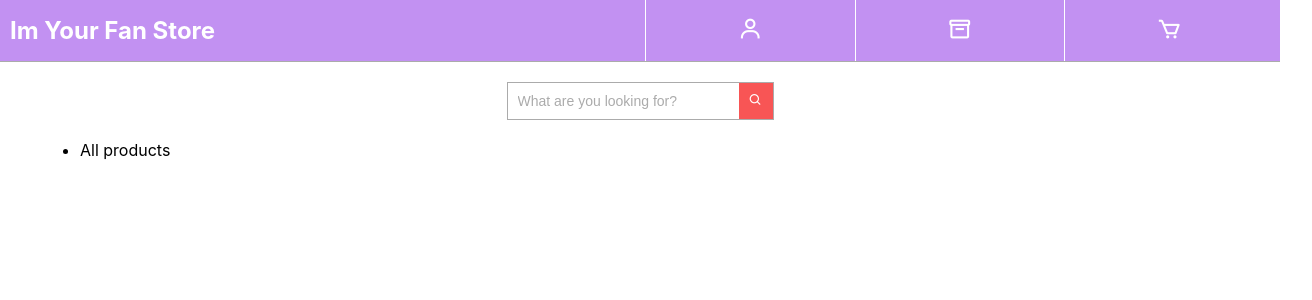
Repository: imyourfan-store/e-commerce
Page: /
An editor plug-in stored every save of this project. The page is shown before and after the next save, followed by the edit.
The browser window is 1280 px wide. The page is 1280 px wide, then 1312 px, then 1280 px, so the pictures cover 1312 px, including what lies to the right of the window. The pictures show the whole page.
The page's requests for data from a server got no answer. The project was rebuilt for these pictures with package versions that can differ from the ones it lists, and the page was loaded fresh each time. No one was signed in, and anything a server would have sent is missing. Also part of the build but not shown: vite.config.js, src/components/home/styles/ProductCard.css, src/components/home/ProductCard.jsx, src/pages/styles/Login.css, src/pages/Login.jsx, src/components/productId/styles/ProductInfo.css, src/components/productId/ProductInfo.jsx, src/components/productId/SimilarProducts.jsx and 14 more.

Above is the page before, as saved 2024-11-04 11:43:38.

### index.html
<!DOCTYPE html>
<html lang="en">
  <head>
    <meta charset="UTF-8" />
    <link rel="icon" type="image/svg+xml" href="/vite.svg" />
    <meta name="viewport" content="width=device-width, initial-scale=1.0" />
    <link
      href="https://unpkg.com/boxicons@2.1.4/css/boxicons.min.css"
      rel="stylesheet"
    />
    <title>Vite + React</title>
  </head>
  <body>
    <div id="root"></div>
    <script type="module" src="/src/main.jsx"></script>
  </body>
</html>

### src/main.jsx
import React from 'react'
import ReactDOM from 'react-dom/client'
import App from './App'
import './index.css'
import { HashRouter } from 'react-router-dom'
import { Provider } from 'react-redux'
import store from './store'

ReactDOM.createRoot(document.getElementById('root')).render(
  <React.StrictMode>
    <HashRouter>
      <Provider store={store}>
        <App />
      </Provider>
    </HashRouter>
  </React.StrictMode>,
)

### src/App.jsx
import { Route, Routes } from 'react-router-dom'
import './App.css'
import Home from './pages/Home'
import Login from './pages/Login'
import ProductId from './pages/ProductId'
import Purchases from './pages/Purchases'
import Cart from './pages/Cart'
import ProtectedRoutes from './components/app/ProtectedRoutes'
import Header from './layout/Header'

function App() {

  return (
    <div className="App">
      <Header />
      <Routes>
        <Route path='/' element={<Home />} />
        <Route path='/login' element={<Login />} />
        <Route path='/products/:id' element={<ProductId />} />

        <Route element={<ProtectedRoutes />}>
          <Route path='/purchases' element={<Purchases />} />
          <Route path='/cart' element={<Cart />} />
        </Route>
      </Routes>
    </div>
  )
}

export default App

### src/index.css
:root {
  --color-gray: #ababab;
  --color-red: #f85555;
}

/* Reset */
* {
  box-sizing: border-box;
}

body {
  margin: 0;
  font-family: 'Inter', sans-serif;
}

img {
  width: 100%;
  display: block;
}

a {
  font-family: inherit;
  text-decoration: none;
}

input {
  outline: none;
}

### src/store/index.js
import { configureStore } from '@reduxjs/toolkit'
import products from './slices/products.slice'
import userInfo from './slices/userInfo.slice'
import cart from './slices/cart.slice'

export default configureStore({
  reducer: { products, userInfo, cart },
})

### src/pages/Home.jsx
import React, { useEffect, useState } from 'react';
import { useDispatch, useSelector } from 'react-redux';
import { getAllProducts } from '../store/slices/products.slice';
import ProductCard from '../components/home/ProductCard';
import Categories from '../components/home/Categories';
import './styles/Home.css';

const Home = () => {
  const [nameProduct, setNameProduct] = useState('');
  const [filterProducts, setFilterProducts] = useState([]);
  const [category, setCategory] = useState('');

  const products = useSelector((state) => state.products);

  const dispatch = useDispatch();

  const handleSubmit = (e) => {
    e.preventDefault();
    const newName = e.target.nameProduct.value;
    setNameProduct(newName);
  };

  useEffect(() => {
    dispatch(getAllProducts());
  }, []);

  useEffect(() => {
    setFilterProducts(products);
  }, [products]);

  useEffect(() => {
    const newProducts = products.filter(
      (product) =>
        product.name.toLowerCase().includes(nameProduct.toLowerCase()) &&
        (product.Categories[0].id === category || !category)
    );
    setFilterProducts(newProducts);
  }, [nameProduct, category]);

  return (
    <main className="home">
      <form className="home__form" onSubmit={handleSubmit}>
        <div className="home__form-div">
          <input className="home__form-input" type="text" id="nameProduct" placeholder="What are you looking for?" />
          <button className="home__form-btn">
            <i className="bx bx-search"></i>
          </button>
        </div>
      </form>
      <Categories setCategory={setCategory} />
      <section className="home__container">
        {filterProducts.map((product) => (
          <ProductCard key={product.id} product={product} />
        ))}
      </section>
    </main>
  );
};

export default Home;

### src/layout/Header.jsx
import React from 'react'
import { NavLink } from 'react-router-dom'
import './styles/Header.css'

const Header = () => {
  return (
    <header className='header'>
      <NavLink className='header__page-name' to='/'><h1>Im Your Fan Store</h1></NavLink>
      <ul className='header__navbar'>
        <li className='header__link'><NavLink to='/login'><i className='bx bx-user'></i></NavLink></li>
        <li className='header__link'><NavLink to='/purchases'><i className='bx bx-box'></i></NavLink></li>
        <li className='header__link'><NavLink to='/cart'><i className='bx bx-cart'></i></NavLink></li>
      </ul>
    </header>
  )
}

export default Header

### src/store/slices/products.slice.js
import { createSlice } from '@reduxjs/toolkit';
import axios from 'axios';

const productsSlice = createSlice({
  name: 'products',
  initialState: [],
  reducers: {
    setProductsGlobal: (state, action) => action.payload,
  },
});

export const { setProductsGlobal } = productsSlice.actions;

export default productsSlice.reducer;

export const getAllProducts = () => (dispatch) => {
  const URL = 'http://localhost:8000/api/products';
  axios
    .get(URL)
    .then((res) => {
      dispatch(setProductsGlobal(res.data.products));
    })
    .catch((err) => {
      console.log(err);
    });
};

### src/store/slices/userInfo.slice.js
import { createSlice } from '@reduxjs/toolkit';
import axios from 'axios';

const defaultValues = {
  token: '',
  user: {},
};

const userInfoSlice = createSlice({
  name: 'userInfo',
  initialState: JSON.parse(localStorage.getItem('userInfo')) ?? defaultValues,
  reducers: {
    setUserInfoGlobal: (state, action) => action.payload,
  },
});

export const { setUserInfoGlobal } = userInfoSlice.actions;

export default userInfoSlice.reducer;

export const loginUserThunk = (data) => (dispatch) => {
  const URL = 'http://localhost:8000/api/auth/login';
  axios
    .post(URL, data)
    .then((res) => {
      dispatch(setUserInfoGlobal(res.data));
      localStorage.setItem('userInfo', JSON.stringify(res.data));
    })
    .catch((err) => {
      console.log(err);
    });
};

export const logOutUserThunk = () => (dispatch) => {
  localStorage.removeItem('userInfo');
  dispatch(setUserInfoGlobal(defaultValues));
};

### src/store/slices/cart.slice.js
import { createSlice } from '@reduxjs/toolkit';
import axios from 'axios';
import { getConfig } from '../../utils/configAxios';

const cartSlice = createSlice({
  name: 'cart',
  initialState: [],
  reducers: {
    setCartGlobal: (state, action) => action.payload,
  },
});

export const { setCartGlobal } = cartSlice.actions;

export default cartSlice.reducer;

export const getAllCartProducts = () => (dispatch) => {
  const URL = 'http://localhost:8000/api/cart';
  axios
    .get(URL, getConfig())
    .then((res) => {
      dispatch(setCartGlobal(res.data.cart.Products));
    })
    .catch((err) => {
      console.log(err);
    });
};

export const addProductCart = (data) => (dispatch) => {
  const URL = 'http://localhost:8000/api/cart/add-product';
  axios
    .post(URL, data, getConfig())
    .then((res) => {
      console.log(res.data);
    })
    .catch((err) => {
      console.log(err);
    });
};

export const deleteProductCart = (id) => (dispatch) => {
  const URL = `http://localhost:8000/api/cart/remove-product/${id}`;
  axios
    .delete(URL, getConfig())
    .then((res) => {
      dispatch(getAllCartProducts());
    })
    .catch((err) => {
      console.log(err);
    });
};

export const purchaseCart = (data) => (dispatch) => {
  const URL = 'http://localhost:8000/api/purchases';
  axios
    .post(URL, data, getConfig())
    .then((res) => {
      dispatch(setCartGlobal([]));
    })
    .catch((err) => {
      console.log(err);
    });
};

### src/components/home/Categories.jsx
import axios from 'axios';
import React, { useEffect, useState } from 'react';

const Categories = ({ setCategory }) => {
  const [categories, setCategories] = useState([]);

  const handleCategory = (id) => {
    setCategory(id);
  };

  useEffect(() => {
    const URL = 'http://localhost:8000/api/categories';
    axios
      .get(URL)
      .then((res) => {
        setCategories(res.data.categories);
      })
      .catch((err) => {
        console.log(err);
      });
  }, []);

  return (
    <section>
      <ul>
        <li onClick={() => handleCategory('')}>All products</li>
        {categories.map((category) => (
          <li onClick={() => handleCategory(category.id)} key={category.id}>
            {category.name}
          </li>
        ))}
      </ul>
    </section>
  );
};

export default Categories;

### src/pages/styles/Home.css
.home {
  margin: 0 auto;
  max-width: 1200px;
}

.home__form {
  width: max-content;
  margin: 20px auto;
  border: 1px solid var(--color-gray);
}

.home__form-input {
  color: var(--color-gray);
  padding: 10px 40px 10px 10px;
  border: none;
  font-size: 14px;
}

.home__form-input::placeholder {
  color: var(--color-gray);
}

.home__form-btn {
  font-size: 14px;
  padding: 10px;
  border: none;
  color: white;
  background-color: var(--color-red);
  cursor: pointer;
}

.home__container {
  display: grid;
  grid-template-columns: repeat(auto-fill, minmax(270px, 1fr));
  justify-items: center;
  grid-template-rows: auto;
  gap: 40px;
  margin: 0 20px 20px 20px;
}

### src/utils/configAxios.js
export const getConfig = () => {
  const { token } = JSON.parse(localStorage.getItem('userInfo'))
  const config = {
    headers: {
      Authorization: `Bearer ${token}`,
    },
  }
  return config
}

### src/layout/styles/Header.css
:root {
  --color-lila: #C291F2;
  --color-texto: #000000;
  --color-fussia: #D504D9;
  --color-azul: #79C4F2;
  --color-mostaza: #F2B705;
  --color-naranja: #F28705;
  --color-input: #EEF5F9;
  --color-blanquito: #ffffff;
  --color-celeste: #79C4F2;
  --color-rgba-rojo: rgba(255, 0, 0, 0.1);
  --color-rojo: #FF0000;
}

.header {
  display: flex;
  justify-content: space-between;
  align-items: stretch;
  position: sticky;
  top: 0;
  z-index: 2;
  background-color: var(--color-lila);
  border-bottom: 1px solid var(--color-gray);
}

.header__page-name {
  font-size: 12px;
  color: var(--color-blanquito);
  flex: 1 1;
  margin-left: 10px;
}

.header__navbar {
  display: flex;
  list-style: none;
  font-size: 25px;
  margin: 0;
  padding: 0;
  flex: 1 1;
}

.header__link {
  display: flex;
  justify-content: center;
  align-items: center;
  width: 33%;
  border-left: 1px solid var(--color-blanquito);
  transition: transform 0.3s ease, background-color 0.3s ease; /* Agrega una transición */
}

/* Estilos para el hover */
.header__link:hover {
  transform: scale(1.1); /* Escalar el elemento */
  background-color: var(--color-azul); /* Cambiar color de fondo al hacer hover */
  cursor: pointer; /* Cambiar el cursor a puntero */
}

@media (max-width: 600px) {
  .header__link {
    border-left: none;
  }
}

.header__link a {
  color: var(--color-blanquito);
}

Loaded but not shown: src/App.css (no stored copy; drawn as an empty file)

After the next save:
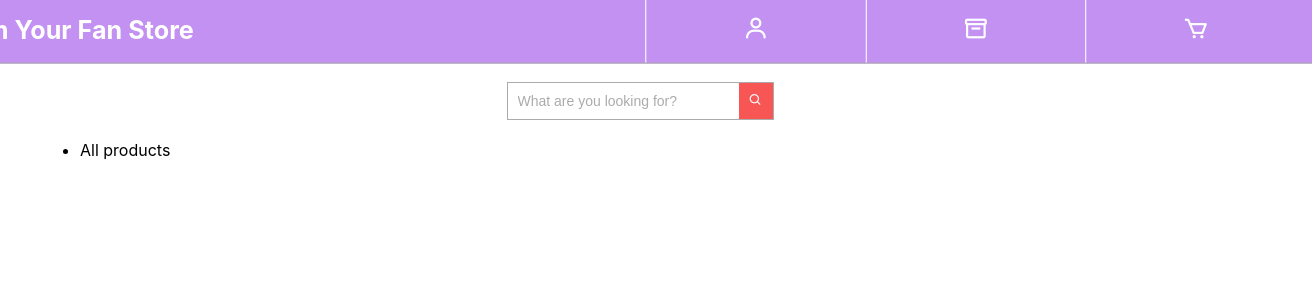
Saved 75 s later.
--- a/src/layout/styles/Header.css
+++ b/src/layout/styles/Header.css
@@ -21,6 +21,12 @@
   z-index: 2;
   background-color: var(--color-lila);
   border-bottom: 1px solid var(--color-gray);
+  transition: transform 0.3s ease; /* Agrega una transición para el zoom */
+}
+
+/* Efecto de zoom al pasar el mouse sobre la cabecera */
+.header:hover {
+  transform: scale(1.05); /* Escala ligeramente el encabezado */
 }
 
 .header__page-name {

After the save that followed:
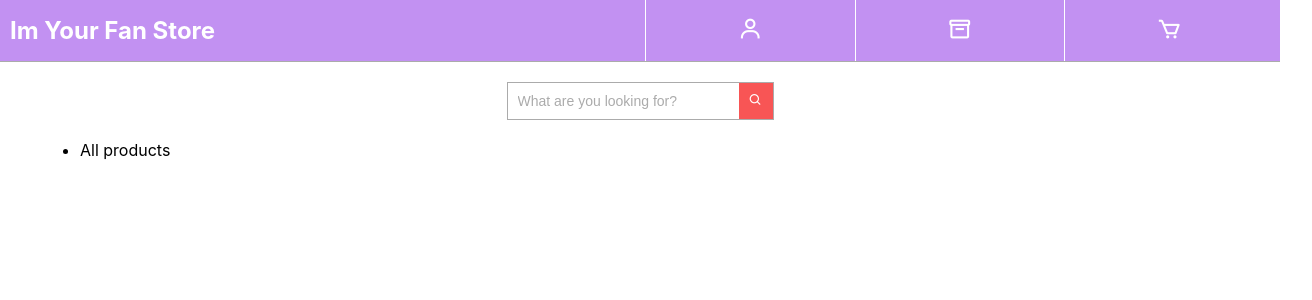
Saved 46 s later.
--- a/src/layout/styles/Header.css
+++ b/src/layout/styles/Header.css
@@ -21,12 +21,6 @@
   z-index: 2;
   background-color: var(--color-lila);
   border-bottom: 1px solid var(--color-gray);
-  transition: transform 0.3s ease; /* Agrega una transición para el zoom */
-}
-
-/* Efecto de zoom al pasar el mouse sobre la cabecera */
-.header:hover {
-  transform: scale(1.05); /* Escala ligeramente el encabezado */
 }
 
 .header__page-name {
@@ -34,8 +28,13 @@
   color: var(--color-blanquito);
   flex: 1 1;
   margin-left: 10px;
+  transition: transform 0.3s ease; /* Agrega una transición para el zoom */
 }
 
+/* Efecto de zoom al pasar el mouse sobre el nombre de la página */
+.header__page-name:hover {
+  transform: scale(1.1); /* Escala ligeramente el texto */
+}
 .header__navbar {
   display: flex;
   list-style: none;
